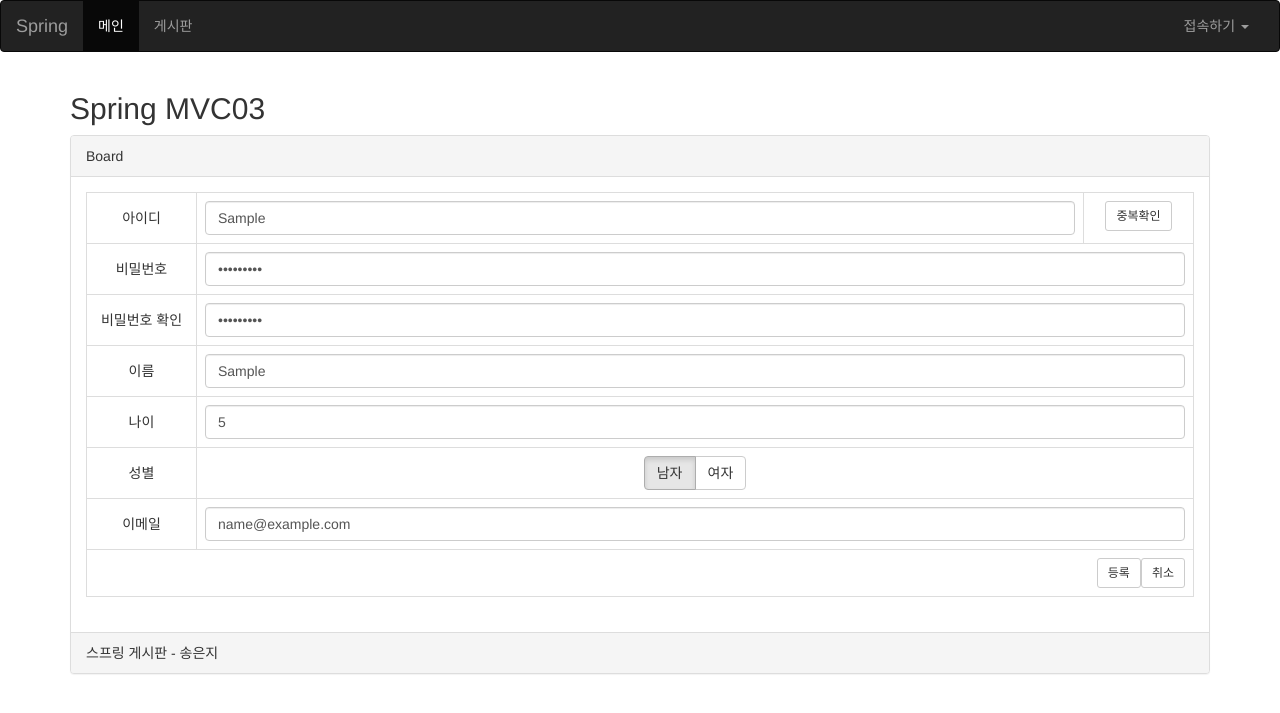
Repository: rlo-g/Spring
Page: http://localhost/SpringMVC03/WEB-INF/views/member/joinForm.jsp
An editor plug-in stored every save of this project. The page is shown before and after the next save, followed by the edit.
The browser window is 1280 px wide. The pictures show the whole page.
Empty fields were first filled with sample values (such as "Sample", 5 or name@example.com).
After loading, the first visible `#memPW1` was changed once.
The page is served by Tomcat 9. Nobody is signed in. Other server files are loaded and not shown. The template is opened directly, without the code that normally fills it, so the values that code supplies are empty.

Above is the page before, as saved 2023-09-15 03:26:59.

### SpringMVC03/src/main/webapp/WEB-INF/views/member/joinForm.jsp
<%@ page language="java" contentType="text/html; charset=UTF-8"
    pageEncoding="UTF-8"%>

 <!-- jstl 가져오기 -->
<%@ taglib prefix="c" uri="http://java.sun.com/jsp/jstl/core" %>
<!-- 여러 기능이 있는 함수 가져오기 -->
<%@ taglib prefix="fn" uri="http://java.sun.com/jsp/jstl/functions" %>
<!-- contextPath 저장 -->
<c:set var="contextPath" value="${pageContext.request.contextPath }"/>

<!DOCTYPE html>
<html>
<head>
<meta charset="UTF-8">
<title>Insert title here</title>

<!-- 부트스트랩 받아온 것 -->
<link rel="stylesheet" href="https://maxcdn.bootstrapcdn.com/bootstrap/3.4.1/css/bootstrap.min.css">
<script src="https://ajax.googleapis.com/ajax/libs/jquery/3.6.4/jquery.min.js"></script>
<script src="https://maxcdn.bootstrapcdn.com/bootstrap/3.4.1/js/bootstrap.min.js"></script>

</head>
<body>
	<!-- controller와 resolver를 거쳐 jsp 파일로 오게됨 -->

	<jsp:include page="../common/header.jsp"></jsp:include>
	<div class="container">
 	 	<h2>Spring MVC03</h2>
  		<div class="panel panel-default">
    		<div class="panel-heading">Board</div>
    		<div class="panel-body">
    		<form action="">
    			<table class="table table-bordered" style="text-align:center; border:1px solid #dddddd">
    				<tr>
    					<td style="width:110px; vertical-align:middle;">아이디</td>
    					<td><input type="text" name="memID" id="memID" class = "form-control" maxlength="20" placeholder="아이디를 입력하세요"></td>

    					<td style="width:110px;"><button type="button" onclick="idCheck()" class="btn btn-sm btn-default">중복확인</button></td>
    				</tr>

    				<tr>
    					<td style="width:110px; vertical-align:middle;">비밀번호</td>
    					<td colspan="2"><input type="password" onkeyup="pwCheck()" name="memPW1" id="memPW1" class = "form-control" maxlength="20" placeholder="비밀번호를 입력하세요"></td>
    				</tr>

    				<tr>
    					<td style="width:110px; vertical-align:middle;">비밀번호 확인</td>
    					<td colspan="2"><input type="password" onkeyup="pwCheck()" name="memPW2" id="memPW2" class = "form-control" maxlength="20" placeholder="비밀번호를 확인하세요"></td>
    				</tr>

    				<tr>
    					<td style="width:110px; vertical-align:middle;">이름</td>
    					<td colspan="2"><input type="text" name="memName" id="memName" class = "form-control" maxlength="20" placeholder="이름을 입력하세요"></td>
    				</tr>

    				<tr>
    					<td style="width:110px; vertical-align:middle;">나이</td>
    					<td colspan="2"><input type="number" name="memAge" id="memAge" class = "form-control" maxlength="20" placeholder="나이를 입력하세요"></td>
    				</tr>

    				<tr>
		               <td style="width: 110px; vertical-align: middle;">성별</td>
		               <td colspan="2">
		                  <div class="form-group" style="text-align: center; margin: 0 auto;">
		                     <div class="btn-group" data-toggle="buttons">
		                        <label class="btn btn-default active">
		                           <input type="radio" id="memGender" name="memGender" autocomplete="off" value="남자" checked="checked"> 남자
		                        </label>
		                        <label class="btn btn-default">
		                           <input type="radio" id="memGender" name="memGender" autocomplete="off" value="여자" > 여자
		                        </label>
		                     </div>
		                  </div>
		               </td>
		            </tr>

		            <tr>
    					<td style="width:110px; vertical-align:middle;">이메일</td>
    					<td colspan="2"><input type="email" name="memEmail" id="memEmail" class = "form-control" maxlength="50" placeholder="이메일을 입력하세요"></td>
    				</tr>

					<tr>
						<td colspan="3">
							<span id="pwMessage" style="color:red;"></span>
							<input type="submit" class ="btn btn-default btn-sm pull-right" value="취소">
							<input type="submit" class ="btn btn-default btn-sm pull-right" value="등록">
						</td>
					</tr>

    			</table>
    		</form>
    		</div>
    		<div class="panel-footer">스프링 게시판 - 송은지</div>
  		</div>
	</div>


  	<!-- Modal -->
	  <div class="modal fade" id="myModal" role="dialog">
	    <div class="modal-dialog modal-sm">

	      <div class="modal-content" id="checkType">
	        <div class="modal-header panel-heading">
	          <button type="button" class="close" data-dismiss="modal">&times;</button>
	          <h4 class="modal-title">메세지 확인</h4>
	        </div>
	        <div class="modal-body">
	          <p id="checkMessage"></p>
	        </div>
	        <div class="modal-footer">
	          <button type="button" class="btn btn-default" data-dismiss="modal">Close</button>
	        </div>
	      </div>

	    </div>
	  </div>




	<script type="text/javascript">

		function idCheck() {

			var memID = $("#memID").val();  // iuput에 쓴 값을 가져옴

			// 아이디 중복 체크, 자동완성 등은 비동기 방식 많이 사용
			// 입력할 때마다 서버로부터 값을 받아와서 새로고침 없이 바로 보여줌
			$.ajax({
				url : "${contextPath}/idCheck.do",  // el, jstl은 java 언어가 아님 (표현식)
				type : "get",
				data : {"memID":memID},
				success : function(data){
					// url에 보낸 data의 결과값(data)을 받아옴
					// 중복유무 확인 --> data = 1 - 사용가능, 0 - 사용불가능
					if(data == 1){
						$("#checkMessage").text("사용 가능한 아이디입니다.");   // 선택한 요소에 글자를 넣어줌
						$("#checkType").attr("class", "modal-content panel-success");

					}else{
						$("#checkMessage").text("사용할 수 없는 아이디입니다.");
						$("#checkType").attr("class", "modal-content panel-warning");
					}
					$("#myModal").modal("show");
				},
				error : function(){ alert("error"); }
			});

		}

		function pwCheck() {

			var memPW1 = $("#memPW1").val();
			var memPW2 = $("#memPW2").val();
		}
	</script>



</body>
</html>

### SpringMVC03/src/main/webapp/WEB-INF/views/common/header.jsp
<%@ page language="java" contentType="text/html; charset=UTF-8"
    pageEncoding="UTF-8"%>

<!-- jstl 가져오기 -->
<%@ taglib prefix="c" uri="http://java.sun.com/jsp/jstl/core" %>
<!-- 여러 기능이 있는 함수 가져오기 -->
<%@ taglib prefix="fn" uri="http://java.sun.com/jsp/jstl/functions" %>

<!-- Context-Path 값을 내장객체 변수로 저장 -->
<!-- controller라는 context-path를 저장하고 있는 내장객체 : pageContext.request.contextPath -->
<c:set var="contextPath" value="${pageContext.request.contextPath }" />

<!DOCTYPE html>
<html>
<head>
<meta charset="UTF-8">
<title>Insert title here</title>
</head>
<body>
 <!-- 여러 페이지들에 공통적으로 들어가는 것(ex. 메뉴바)을 모아둔 파일 : common -->

 	<!-- 메뉴바 -->
	<nav class="navbar navbar-inverse">
	  <div class="container-fluid">
	    <div class="navbar-header">
	      <button type="button" class="navbar-toggle" data-toggle="collapse" data-target="#myNavbar">
	        <span class="icon-bar"></span>
	        <span class="icon-bar"></span>
	        <span class="icon-bar"></span>
	      </button>
	      <a class="navbar-brand" href="${contextPath}/">Spring</a>
	    </div>
	    <div class="collapse navbar-collapse" id="myNavbar">
	      <ul class="nav navbar-nav">
	      <!-- href(url) 작성 시, "/"를 생략하는 순간 앞에 "/controller/"(contextPath)가 생략되어 있는 것과 같음 -->
	      <!--
	      	   < href="/" 사용하고 싶을 때...>
	     		1. "/controller/"
	      		2. 내장객체 변수로 저장한 Context-Path 값을 불러옴 ${contextPath}

	           < contextPath 값을 아는 방법 >
	      		1. package 세번째 이름 /
	      		2. Servers 파일 - server.xml 파일에 path로 저장되어 있음   -->
	        <li class="active"><a href="${contextPath}/">메인</a></li>

	        <li><a href="boardMain.do">게시판</a></li>
	      </ul>

		  <ul class="nav navbar-nav navbar-right">
	         <li class="dropdown">
	            <a class="dropdown-toggle" data-toggle="dropdown" href="#">접속하기 <span class="caret"></span></a>
	            <ul class="dropdown-menu">
	              <li><a href="#">로그인</a></li>
	              <li><a href="${contextPath}/joinForm.do">회원가입</a></li>
	            </ul>
	         </li>
	      </ul>



	    </div>
	  </div>
	</nav>


</body>
</html>

After the next save:
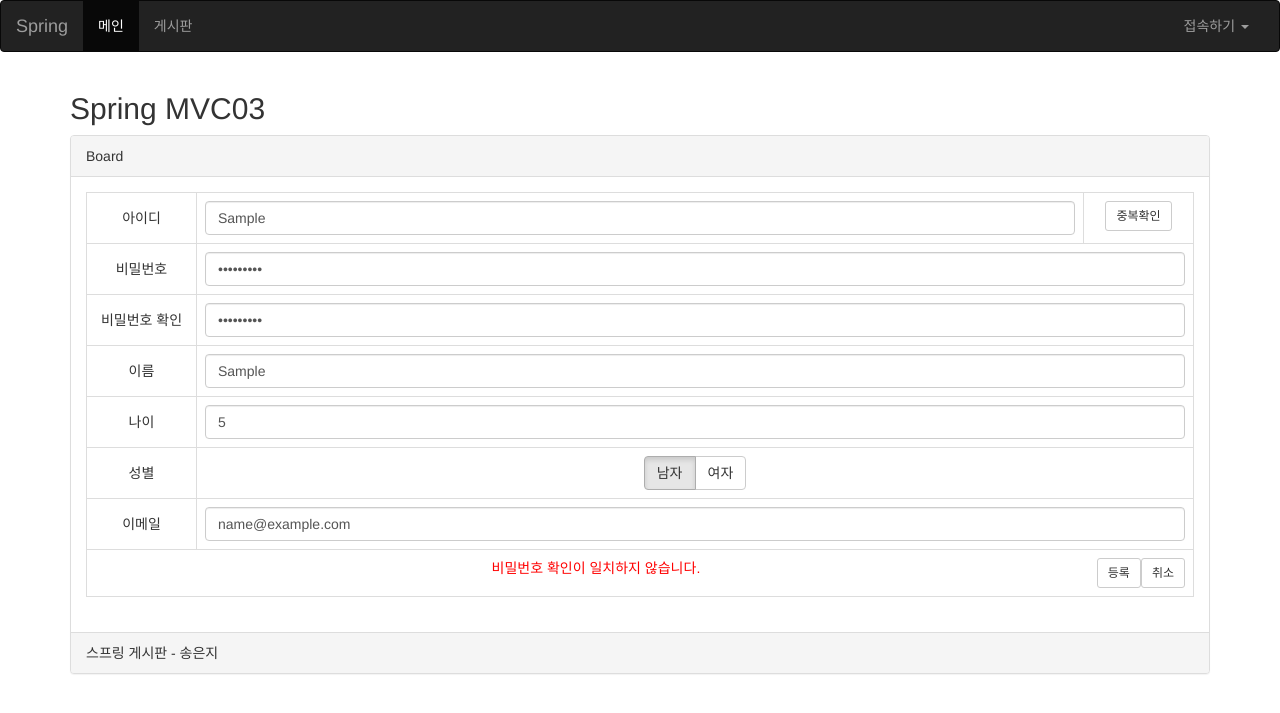
Saved 81 s later.
--- a/SpringMVC03/src/main/webapp/WEB-INF/views/member/joinForm.jsp
+++ b/SpringMVC03/src/main/webapp/WEB-INF/views/member/joinForm.jsp
@@ -152,6 +152,10 @@
 
 			var memPW1 = $("#memPW1").val();
 			var memPW2 = $("#memPW2").val();
+
+			if (memPW1 != memPW2) {
+				$("#pwMessage").html("비밀번호 확인이 일치하지 않습니다.");
+			}
 		}
 	</script>
 
